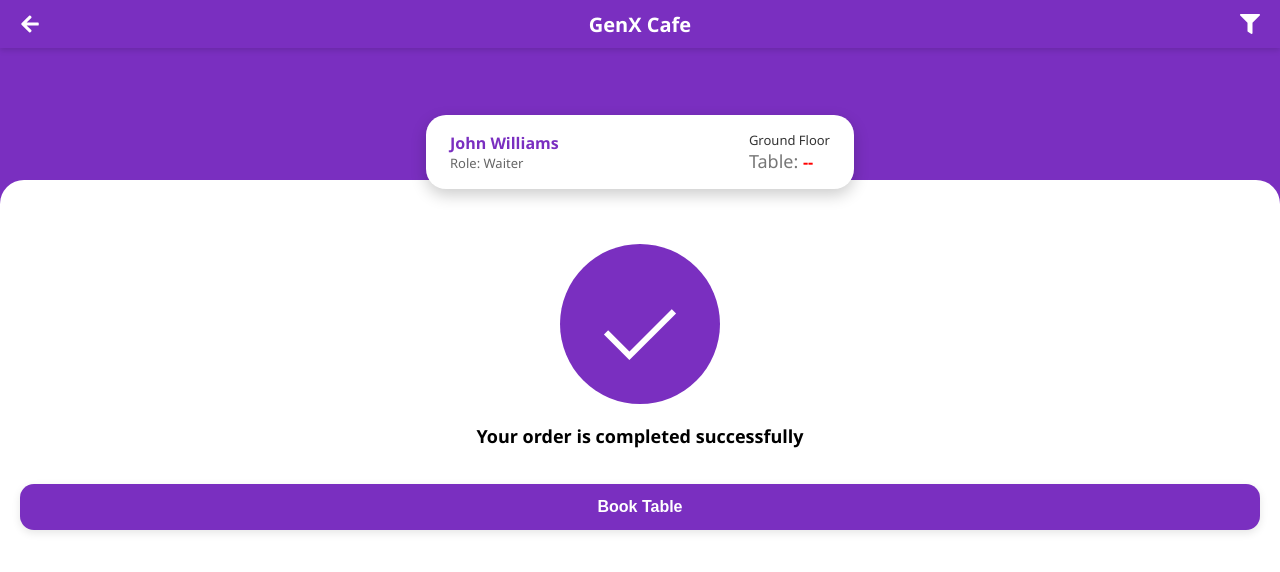
Repository: rajeshwaranslv/sturdy-spork-genx-frontend
Page: /success
An editor plug-in stored every save of this project. The page is shown before and after the next save, followed by the edit.
The browser window is 1280 px wide. The pictures show the whole page.
The project was rebuilt for these pictures with package versions that can differ from the ones it lists, and the page was loaded fresh each time. Also part of the build but not shown: src/components/TableSelection.js, src/components/menu.css, src/components/MenuSelection.js, src/components/OrderReview.js, src/components/Billing.js.

Above is the page before, as saved 2025-07-17 11:29:16.

After the next save:
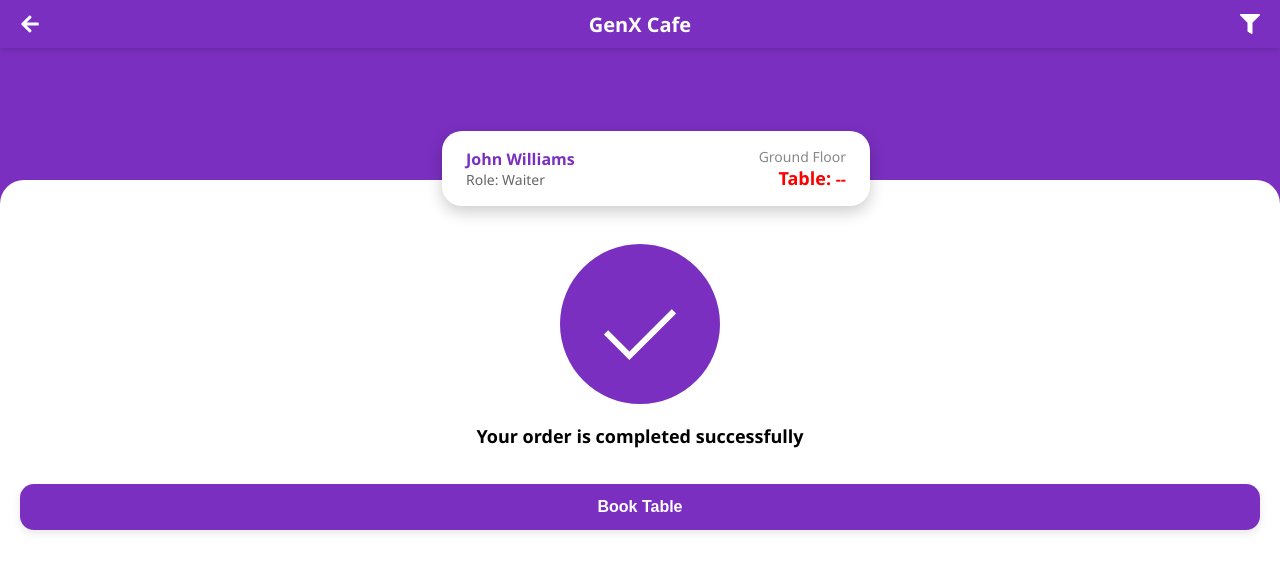
Saved 3 min 5 s later.
--- a/src/components/order.css
+++ b/src/components/order.css
@@ -1,17 +1,124 @@
+/* Container Styling */
+.container-fluid {
+  display: flex;
+  flex-direction: column;
+  height: 100vh;
+  overflow: hidden;
+  background-color: #f6f6f6;
+}
+
+/* Header */
+.header-bar {
+  display: flex;
+  justify-content: space-between;
+  align-items: center;
+  padding: 16px;
+  font-size: 20px;
+  background: #7a2fc0;
+  color: white;
+  position: sticky;
+  top: 0;
+  z-index: 1000;
+}
+
+/* Icons in Header */
+.icon {
+  cursor: pointer;
+  font-size: 18px;
+  color: white;
+}
+
+/* Waiter Card */
+.waiter-card {
+  display: flex;
+  justify-content: space-between;
+  background-color: white;
+  margin: 1rem;
+  padding: 1rem 1.2rem;
+  border-radius: 18px;
+  box-shadow: 0 4px 12px rgba(0, 0, 0, 0.08);
+}
+
+.waiter-left .waiter-name {
+  font-size: 16px;
+  color: #7a2fc0;
+}
+
+.waiter-left .waiter-role {
+  font-size: 14px;
+  color: #666;
+}
+
+.waiter-right .floor-label {
+  font-size: 14px;
+  color: #888;
+  text-align: right;
+}
+
+.waiter-right .orders-count {
+  font-size: 18px;
+  font-weight: bold;
+  color: red;
+  text-align: right;
+}
+
+.order-red {
+  color: red;
+}
+
+/* Scrollable White Section */
+.table-section {
+  flex: 1;
+  background: white;
+  border-radius: 20px 20px 0 0;
+  padding-top: 1rem;
+  overflow-y: auto;
+}
+
+/* Items Ordered Row */
 .item-row {
   display: flex;
   justify-content: space-between;
   align-items: center;
-  margin-bottom: 14px;
+  margin: 12px 1rem;
   padding-bottom: 12px;
   border-bottom: 1px solid #eee;
 }
 
+/* Item Info */
 .item-info p {
   margin-top: 4px;
   color: #666;
 }
 
+/* Order Status Toggle */
+.item-status {
+  text-align: right;
+  padding-right: 1rem;
+}
+
+/* Switch (Ant Design) customization */
+.ant-switch {
+  background-color: #ccc;
+  height: 22px;
+  min-width: 40px;
+  box-shadow: inset 0 0 1px rgba(0, 0, 0, 0.2);
+  vertical-align: middle;
+}
+
+.ant-switch-checked {
+  background-color: #7a2fc0 !important;
+}
+
+.ant-switch-handle {
+  top: 2px;
+}
+
+.ant-switch-checked .ant-switch-handle {
+  left: calc(100% - 20px);
+}
+
+/* Order Status Labels */
 .status-label {
   font-size: 13px;
   margin-top: 4px;
@@ -19,7 +126,7 @@
 }
 
 .status-label.served {
-  color: green;
+  color: #7a2fc0;
   font-weight: bold;
 }
 
@@ -27,3 +134,23 @@
   color: orange;
   font-weight: bold;
 }
+
+/* Button Styling */
+.select-btn {
+  display: block;
+  width: 90%;
+  margin: 2rem auto;
+  padding: 12px;
+  font-size: 16px;
+  background-color: #7a2fc0;
+  color: white;
+  border: none;
+  border-radius: 12px;
+  box-shadow: 0 4px 10px rgba(0, 0, 0, 0.15);
+  cursor: pointer;
+  transition: 0.3s;
+}
+
+.select-btn:hover {
+  background-color: #6821a9;
+}
